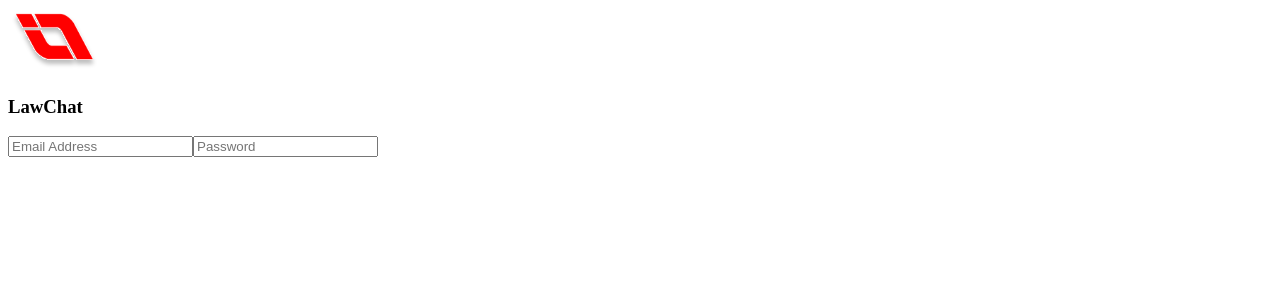
Repository: Nicktacku/LawChat
Page: / (app in lawchat/)
The author's editor kept a copy of each file at every save. The page is drawn from the files as they stood at one save, then again after the next save.
The browser window is 1280 px wide. The pictures show the whole page.
The project was rebuilt for these pictures with package versions that can differ from the ones it lists, and the page was loaded fresh each time. Also part of the build but not shown: lawchat/src/pages/Home.js.

Above is the page before, as saved 2024-08-12 11:41:18.

### lawchat/src/App.js
import Home from "./pages/Home.js";
import Login from "./pages/Login.js";

function App() {
  return (
    <div className="App">
      <Login />
    </div>
  );
}

export default App;

### lawchat/src/pages/Login.js
import logo from "../images/logo.svg";

function Login() {
  return (
    <div className="container">
      <div className="login">
        <img src={logo} />
        <h3 className="h3">LawChat</h3>

        <form>
          <input type="email" placeholder="Email Address" />
          <input type="password" placeholder="Password" />
        </form>
      </div>
    </div>
  );
}

export default Login;

### lawchat/src/components/Button.js
import "../styles/button.css";

function Button(props) {
  return (
    <div>
      <button className="button">{props.text}</button>
    </div>
  );
}

export default Button;

### lawchat/src/styles/button.css
.button {
    border-radius: 30px;
    padding: 2% 10%;
}

Loaded but not shown: lawchat/public/index.html (common file); lawchat/src/index.js (common file)

After the next save:
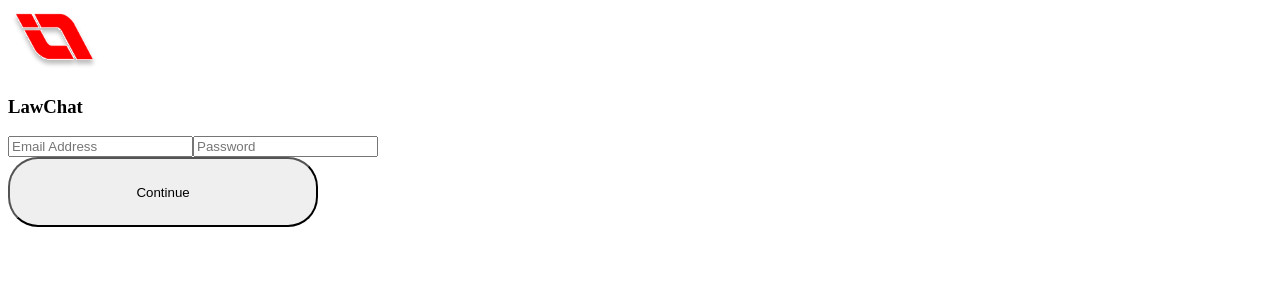
Saved 54 s later.
--- a/lawchat/src/pages/Login.js
+++ b/lawchat/src/pages/Login.js
@@ -1,4 +1,5 @@
 import logo from "../images/logo.svg";
+import Button from "../components/Button.js";
 
 function Login() {
   return (
@@ -11,6 +12,7 @@ function Login() {
           <input type="email" placeholder="Email Address" />
           <input type="password" placeholder="Password" />
         </form>
+        <Button text="Continue"></Button>
       </div>
     </div>
   );
